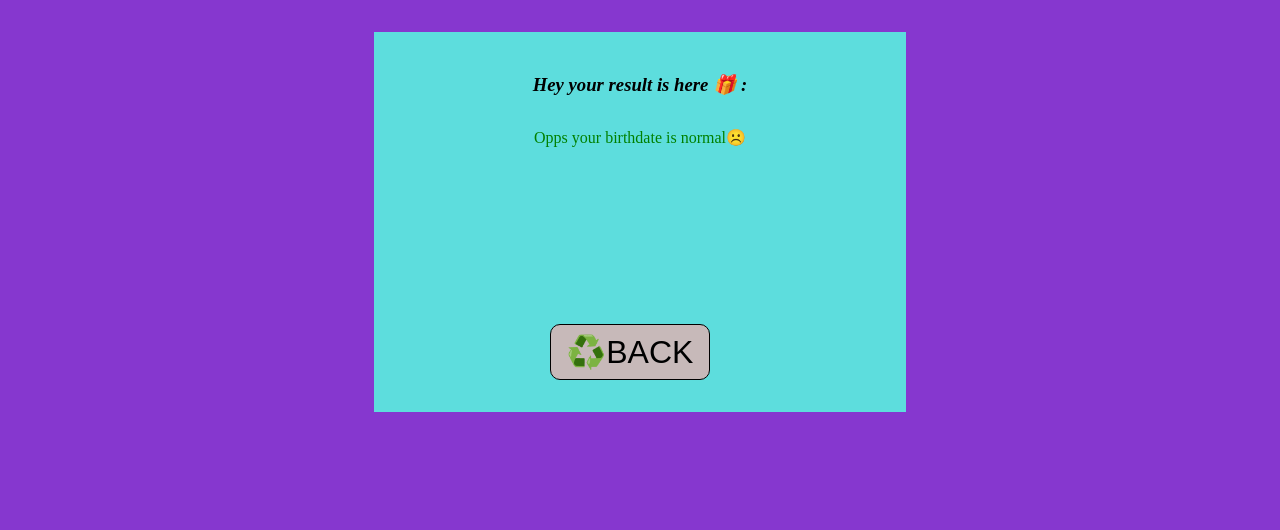
Repository: patelamancode/Lucky-Birthday-App
Page: index.html
The author's editor kept a copy of each file at every save. The page is drawn from the files as they stood at one save, then again after the next save.
The browser window is 1280 px wide. The pictures show the whole page.
Empty fields were first filled with sample values (such as "Sample", 5 or name@example.com).
After loading, the first visible `#check-btn` was clicked once.

Above is the page before, as saved 2022-11-23 16:42:01.

After the next save:
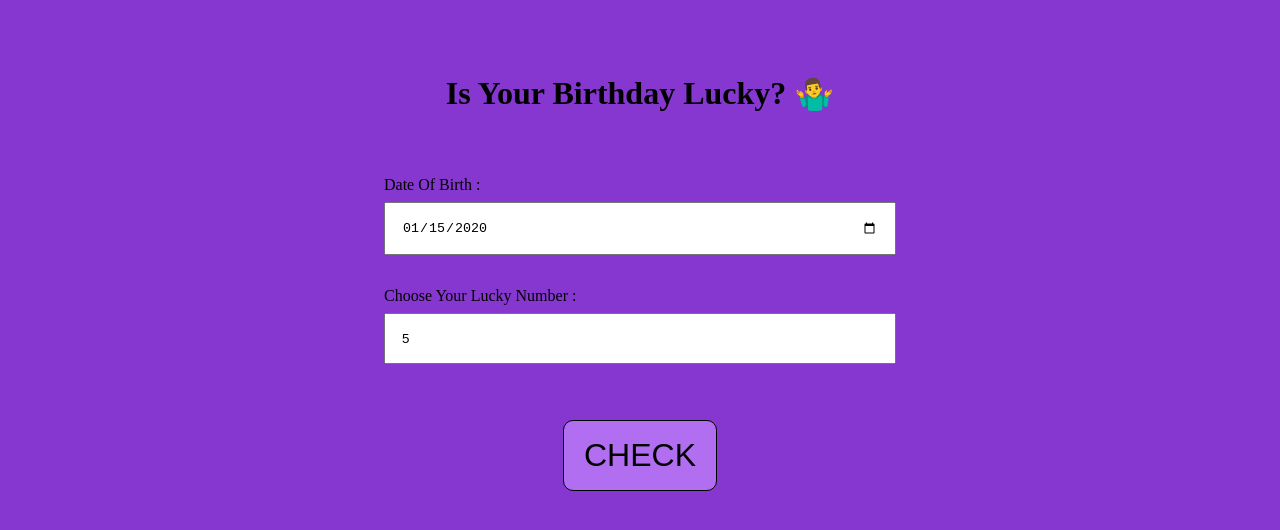
Console error: ReferenceError: number is not defined
Saved 90 s later.
--- a/index.js
+++ b/index.js
@@ -33,7 +33,7 @@
 
 checkButton.addEventListener('click', function () {
     if (userBirthDate.value) {
-        if (0 < luckyNumber.value <= 10) {
+        if (0 < number(luckyNumber.value) <= 10) {
             specialDateIs();
             showResult();
         } else {

After the save that followed:
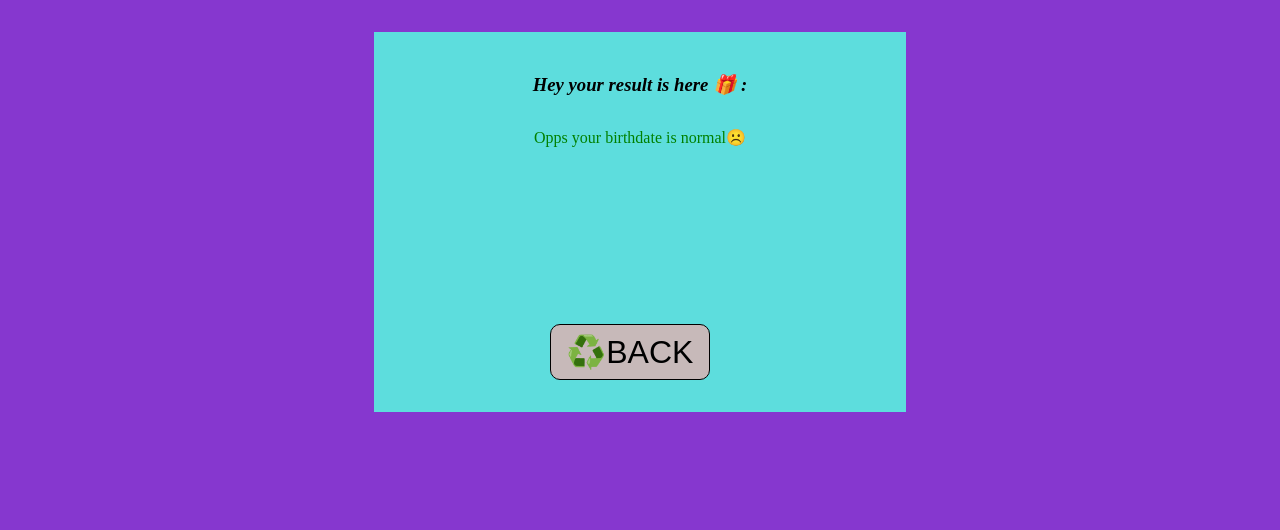
The error is gone.
Saved 63 s later.
--- a/index.js
+++ b/index.js
@@ -33,7 +33,7 @@
 
 checkButton.addEventListener('click', function () {
     if (userBirthDate.value) {
-        if (0 < number(luckyNumber.value) <= 10) {
+        if (0 < Number(luckyNumber.value) <= 10) {
             specialDateIs();
             showResult();
         } else {
